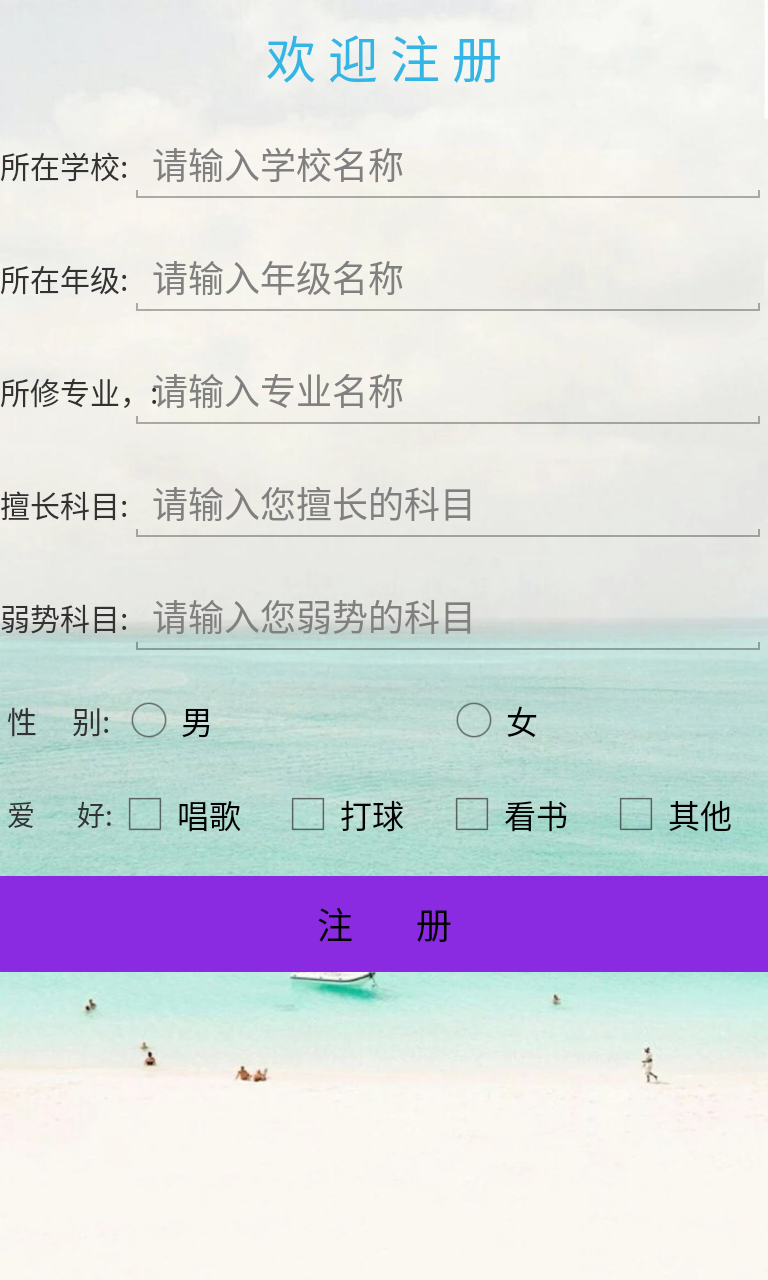
Repository: 17390089054/android
Layout: learning/res/layout/activity_main.xml
An editor plug-in stored every save of this project. The layout is shown before and after the next save, followed by the edit.
It is drawn on a 768 x 1280 px phone screen (xhdpi) without system bars, with theme AppTheme; the app's code is not run.

Above is the layout before, as saved 2018-05-01 10:22:49.

After the next save:
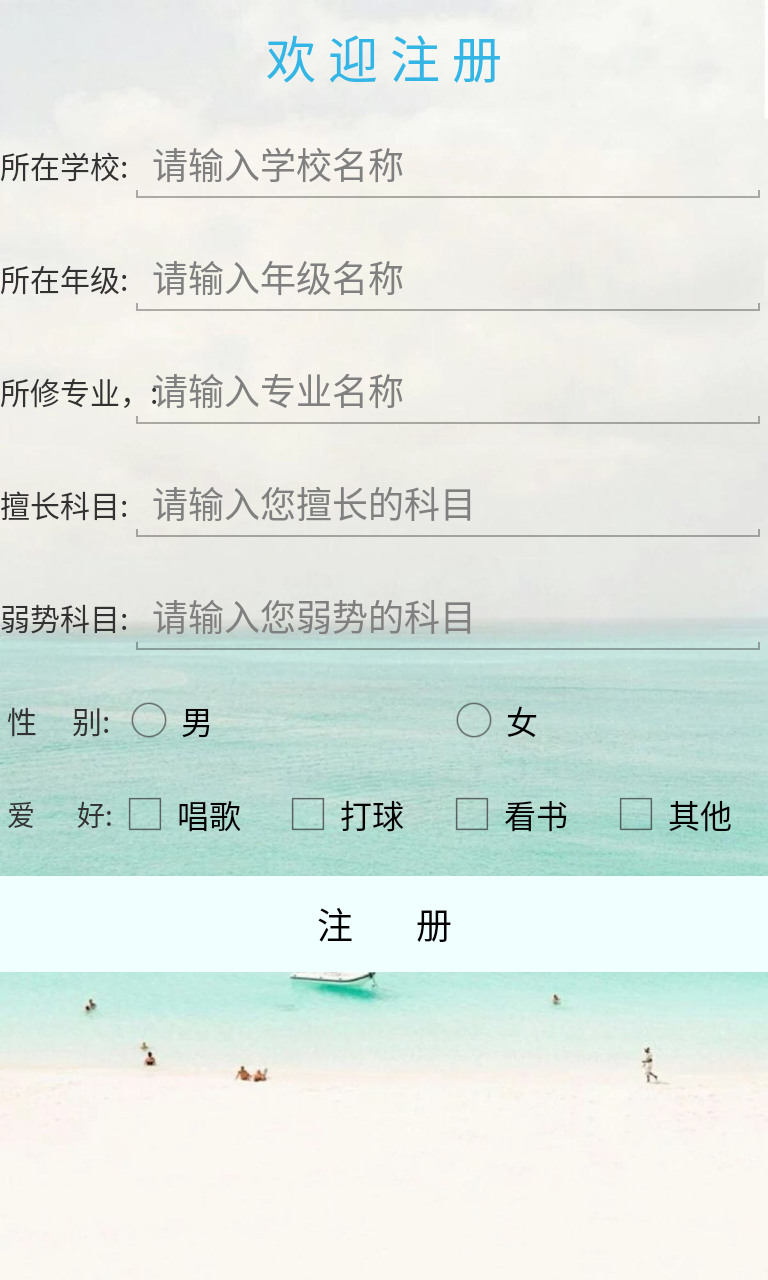
Saved 13 s later.
--- a/learning/res/layout/activity_main.xml
+++ b/learning/res/layout/activity_main.xml
@@ -221,7 +221,7 @@
 	    android:layout_height="wrap_content"
 	  	android:gravity="center"
 	    android:text="注       册"
-	    android:background="#8a2be2"
+	    android:background="#f0ffff"
 	    android:layout_marginTop="15dp"
 	    />
 
